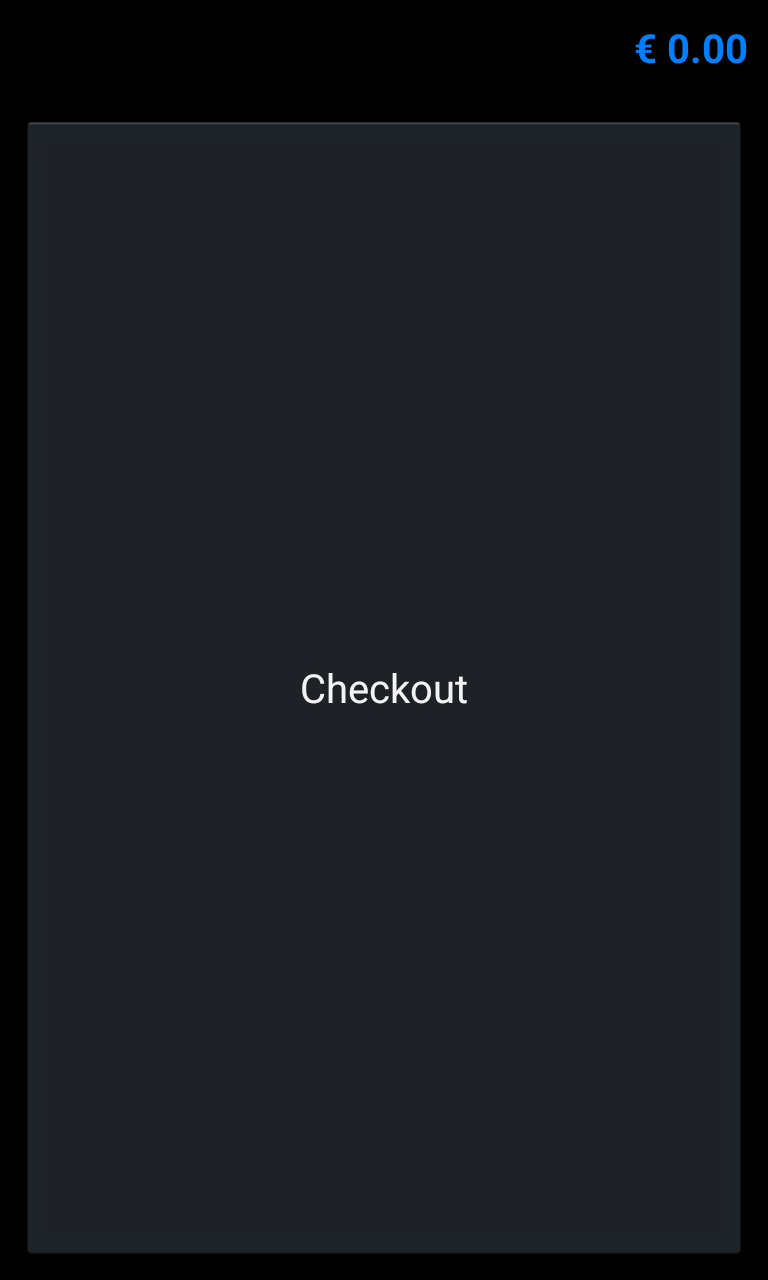
Repository: Adammdit/DT2283GUI
Layout: GunSmoke/res/layout/activity_main.xml
An editor plug-in stored every save of this project. The layout is shown before and after the next save, followed by the edit.
It is drawn on a 768 x 1280 px phone screen (xhdpi) without system bars, with theme android:Theme.Holo; the app's code is not run. Lists and similar views that code fills are empty.

Above is the layout before, as saved 2014-11-10 09:53:05.

### GunSmoke/res/layout/activity_main.xml
<RelativeLayout xmlns:android="http://schemas.android.com/apk/res/android"
    xmlns:tools="http://schemas.android.com/tools"
    android:id="@+id/LinearLayout1"
    android:layout_width="match_parent"
    android:layout_height="wrap_content"
    android:paddingBottom="10dp"
    android:paddingLeft="10dp"
    android:paddingRight="10dp"
    android:paddingTop="10dp"
    android:orientation="vertical"
    tools:context=".MainActivity" >

    <TextView
        android:id="@+id/cartTotal"
        android:layout_width="match_parent"
  		android:layout_height="wrap_content"
  		android:gravity="right"
        android:textSize="20sp"
  		android:text="€ 0.00"
  		android:textColor="@color/total"
  		android:textStyle="bold"
  		android:layout_weight="2"/>




    <ExpandableListView
        android:id="@+id/listView"
        android:layout_width="match_parent"
        android:layout_height="wrap_content"
        android:layout_weight="1"
        android:layout_below="@+id/cartTotal"
        android:layout_marginBottom="20dp" />


    <Button
        android:id="@+id/checkout"
        style="?android:attr/buttonStyleSmall"
        android:layout_width="fill_parent"
        android:layout_height="wrap_content"
        android:layout_weight="0"
        android:textSize="20sp"
        android:layout_below="@+id/listView"
        android:layout_alignParentBottom="true"
        android:text="Checkout" />

</RelativeLayout>

### GunSmoke/res/values/colors.xml
<?xml version="1.0" encoding="utf-8"?>
<resources>
	<color name="khaki">#663300</color>
	<color name="price">#E5FFCC</color>
	<color name="name">#CC6600</color>
	<color name="total">#0080FF</color>
	<color name="formBackground">#3D3D00</color>
</resources>

After the next save:
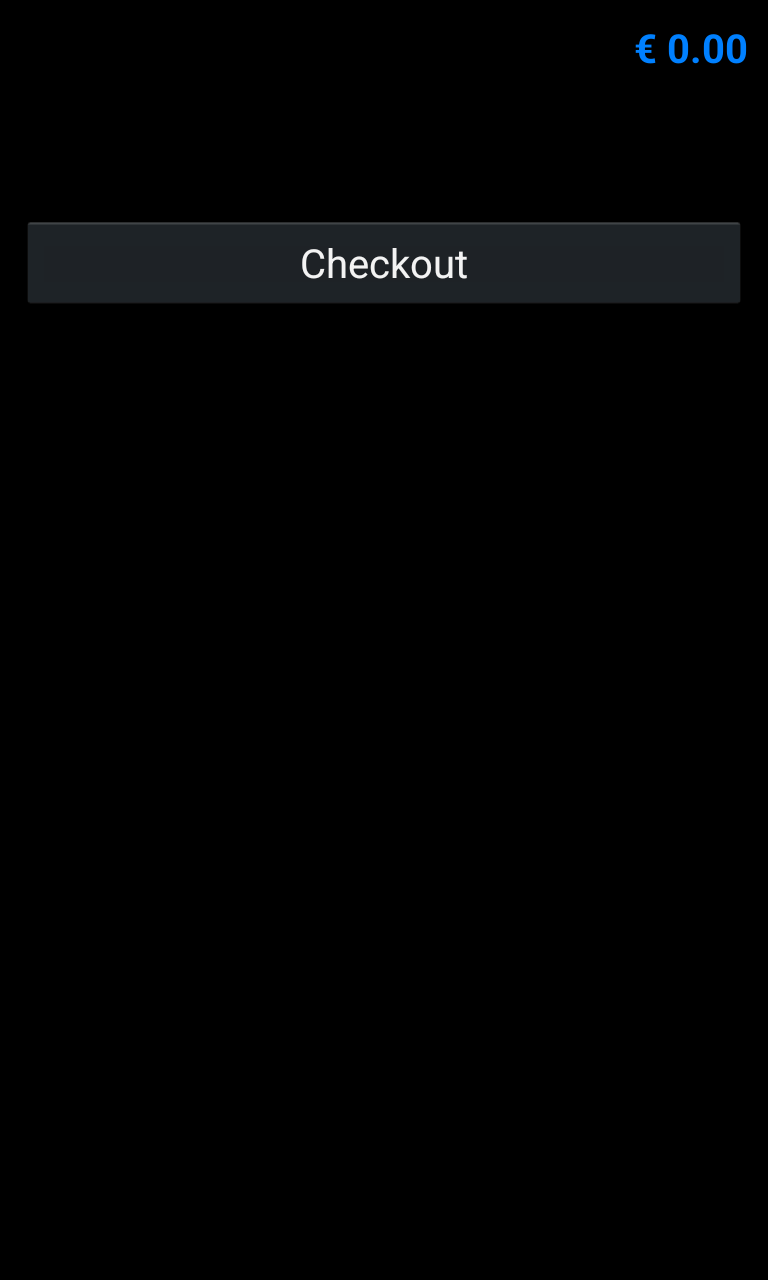
Saved 3 min 27 s later.
--- a/GunSmoke/res/layout/activity_main.xml
+++ b/GunSmoke/res/layout/activity_main.xml
@@ -1,8 +1,8 @@
 <RelativeLayout xmlns:android="http://schemas.android.com/apk/res/android"
     xmlns:tools="http://schemas.android.com/tools"
     android:id="@+id/LinearLayout1"
-    android:layout_width="match_parent"
-    android:layout_height="wrap_content"
+    android:layout_width="fill_parent"
+    android:layout_height="fill_parent"
     android:paddingBottom="10dp"
     android:paddingLeft="10dp"
     android:paddingRight="10dp"
@@ -27,10 +27,9 @@
     <ExpandableListView
         android:id="@+id/listView"
         android:layout_width="match_parent"
-        android:layout_height="wrap_content"
+        android:layout_height="70dp"
         android:layout_weight="1"
-        android:layout_below="@+id/cartTotal"
-        android:layout_marginBottom="20dp" />
+        android:layout_below="@+id/cartTotal" />
 
 
     <Button
@@ -41,7 +40,7 @@
         android:layout_weight="0"
         android:textSize="20sp"
         android:layout_below="@+id/listView"
-        android:layout_alignParentBottom="true"
+        android:layout_marginBottom="20dp"
         android:text="Checkout" />
 
 </RelativeLayout>
